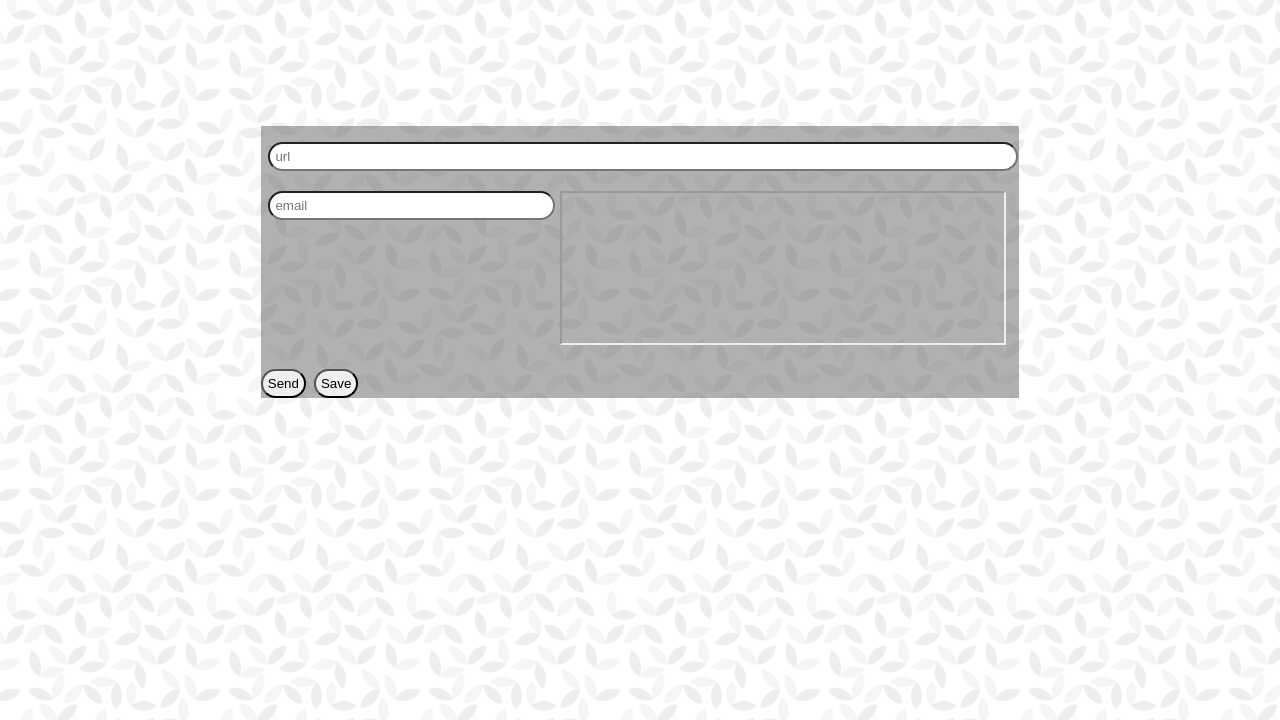
Repository: michalski9wsb/rss_final
Page: index.html
The author's editor kept a copy of each file at every save. The page is drawn from the files as they stood at one save, then again after the next save.
The browser window is 1280 px wide. The pictures show the whole page.

Above is the page before, as saved 2020-02-23 12:40:27.

### index.html
<!DOCTYPE html>
<html lang="pl">
    <head>
        <meta charset="utf-8" />
        <title>Send RSS</title>
        <meta name="deskription" content="Apk for RSS" />
        <meta name="keywords" content="RSS,aplication, send" />
        <meta http-equiv="X-UA-Compatioble" content="IE=edge,chrome=1" />
        <link href="style.css" rel="stylesheet" type="text/css" />
    </head>
    <body>
        <form method="get" action="send.php">
            <div class="url-flex row">
                <input id="url"  name="url" type="url" placeholder="url"/>
            </div>
            <div class="email-flex row">
                <div id="helper"><input id="email"  name="email" type="email" placeholder="email" /></div>
                <div id="debug">
                    <iframe id="debugi" name="debug">

                    </iframe>
                </div>
             </div>
             <div style="clear:both;"></div>
            <div class="row">
                <!--<div class="buttonCentre">-->
                    <input id="send" type="submit" value="Send"/>
                    <button id="save" name="save">Save</button>
                <!--</div>-->
            </div>
        </form>
    </body>
</html>

### style.css
body{
    background-image: url(geometric-leaves/geometric-leaves.png);
}
form{
    margin-left: 20%;
    margin-top: 10%;
    width: 60%;
    background-color: rgba(100, 100, 100, .5);
}
input{
    border-radius: 20px;
    padding: 5px;
}
button{
    border-radius: 20px;
    margin-left: 4px;
    padding: 5px;
}
#debug{
    margin-left: 5px;
    float: left;
    width: 60%;
}
#debugi{
    width: 97%;
}
input#email{
    float: left;
    width: 36%;
    margin-left: 1%;
}
input#url{
    margin-top: 2%;
    margin-left: 1%;
    width: 97%;
}
.row{
    width: 100%;
    margin-top: 20px;
}

After the next save:
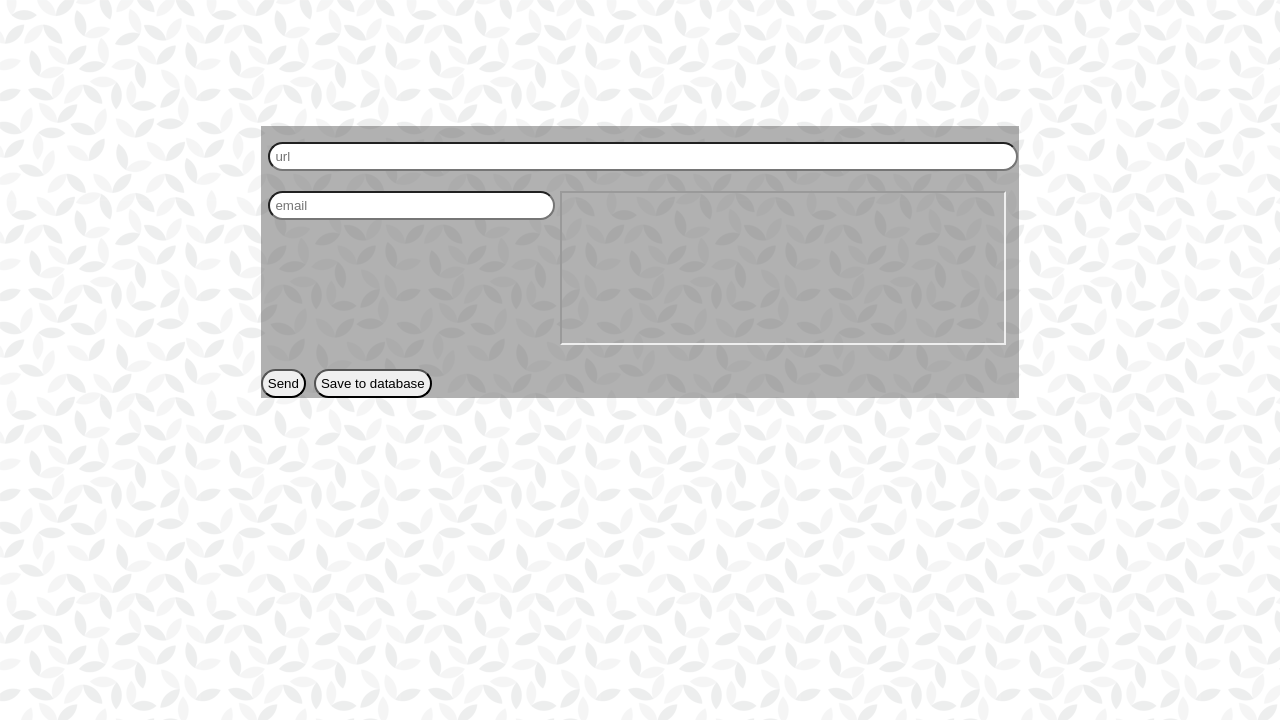
Saved 32 s later.
--- a/index.html
+++ b/index.html
@@ -25,7 +25,7 @@
             <div class="row">
                 <!--<div class="buttonCentre">-->
                     <input id="send" type="submit" value="Send"/>
-                    <button id="save" name="save">Save</button>
+                    <button id="save" name="save">Save to database</button>
                 <!--</div>-->
             </div>
         </form>
